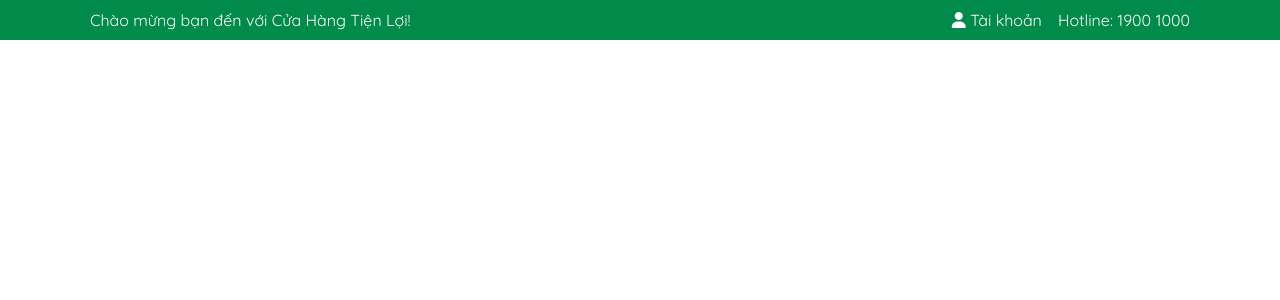
Repository: PAnhDuc/food.demo
Page: index.html
An editor plug-in stored every save of this project. The page is shown before and after a run of saves, followed by the edit.
The browser window is 1280 px wide. The pictures show the whole page.
Some web libraries are served in a nearby version.

Above is the page before, as saved 2024-11-13 19:47:57.

### index.html
<!DOCTYPE html>
<html lang="en">

<head>
    <meta charset="UTF-8">
    <meta name="viewport" content="width=device-width, initial-scale=1.0">
    <title>Food Demo</title>
    <link rel="stylesheet" href="./assets/style.css">
    <link href="https://cdn.jsdelivr.net/npm/bootstrap@5.3.3/dist/css/bootstrap.min.css" rel="stylesheet"
        integrity="sha384-QWTKZyjpPEjISv5WaRU9OFeRpok6YctnYmDr5pNlyT2bRjXh0JMhjY6hW+ALEwIH" crossorigin="anonymous">
    <link rel="stylesheet" href="https://cdnjs.cloudflare.com/ajax/libs/font-awesome/6.6.0/css/all.min.css"
        integrity="sha512-Kc323vGBEqzTmouAECnVceyQqyqdsSiqLQISBL29aUW4U/M7pSPA/gEUZQqv1cwx4OnYxTxve5UMg5GT6L4JJg=="
        crossorigin="anonymous" referrerpolicy="no-referrer" />
</head>

<body>
    <div class="top-bar">
        <div class="container">
            <div class="d-flex mb-3">
                <div class="me-auto p-2">
                    <p class="top_bar-left">Chào mừng bạn đến với Cửa Hàng Tiện Lợi!</p>
                </div>
                <div class="p-2">
                    <p class="top_bar-right">
                        <i class="fa-solid fa-user"></i>
                        <span>Tài khoản</span>
                    </p>
                </div>
                <div class="p-2">
                    <p class="top_bar-right">Hotline: <span>1900 1000</span></p>
                </div>
            </div>
        </div>
    </div>
    <div class="container">
        <div class="header">
            <div class="menu-top">

            </div>
            <div class="menu-bottom">

            </div>
        </div>
    </div>
    <script src="./assets/main.js"></script>
    <script src="https://cdn.jsdelivr.net/npm/bootstrap@5.3.3/dist/js/bootstrap.bundle.min.js"
        integrity="sha384-YvpcrYf0tY3lHB60NNkmXc5s9fDVZLESaAA55NDzOxhy9GkcIdslK1eN7N6jIeHz"
        crossorigin="anonymous"></script>
</body>

</html>

### assets/style.css
@import url('https://fonts.googleapis.com/css2?family=Quicksand:wght@300..700&display=swap');

* {
    margin: 0;
    padding: 0;
    box-sizing: border-box;
}

body {
    font-family: "Quicksand", sans-serif!important;
}

:root {
    --green: #008b4b;
    --yellow: #f8c144;
    --white: #fff;
}

.top-bar {
    color: var(--white);
    background: var(--green);
    height: 40px;
    width: 100%;
}

Loaded but not shown: assets/main.js (no copy from this time; the picture is the same without it)

After the next 5 saves:
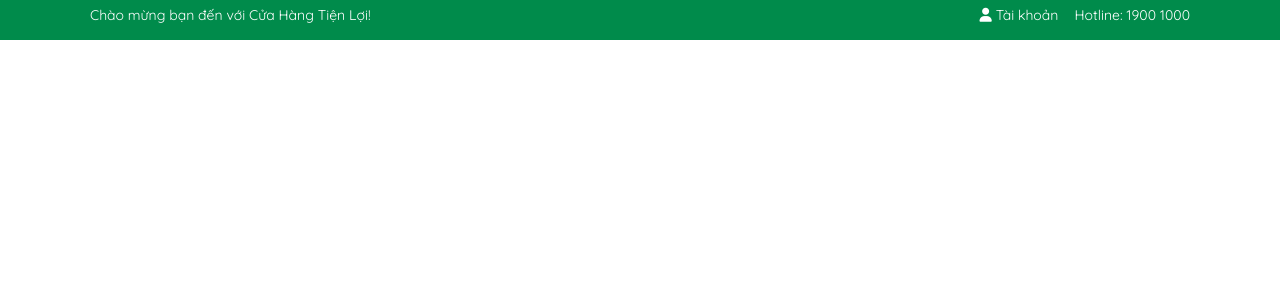
The 5 saves are shown as one change because they came seconds apart.
The last was saved 28 s later.
--- a/assets/style.css
+++ b/assets/style.css
@@ -19,6 +19,8 @@
 .top-bar {
     color: var(--white);
     background: var(--green);
+    font-size: 14px;
+    line-height: 14px;
     height: 40px;
     width: 100%;
 }
